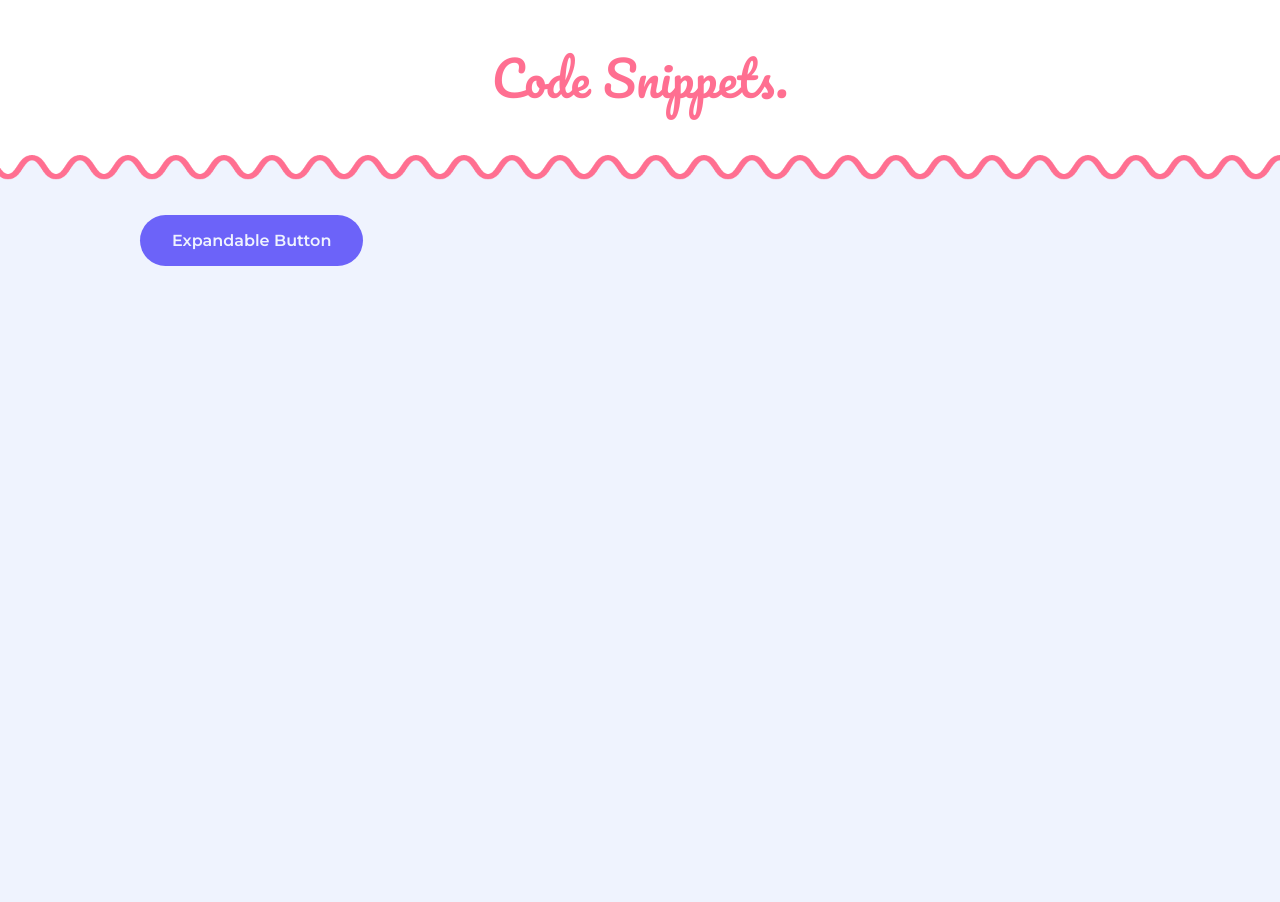
Repository: vikatgen/code-snippets
Page: index.html
An editor plug-in stored every save of this project. The page is shown before and after the next save, followed by the edit.
The browser window is 1280 px wide. The pictures show the whole page.
The style sheet was rebuilt from its Sass, Less or Tailwind sources for each picture, by a compiler version that may differ from the author's.

Above is the page before, as saved 2020-03-30 23:50:55.

After the next save:
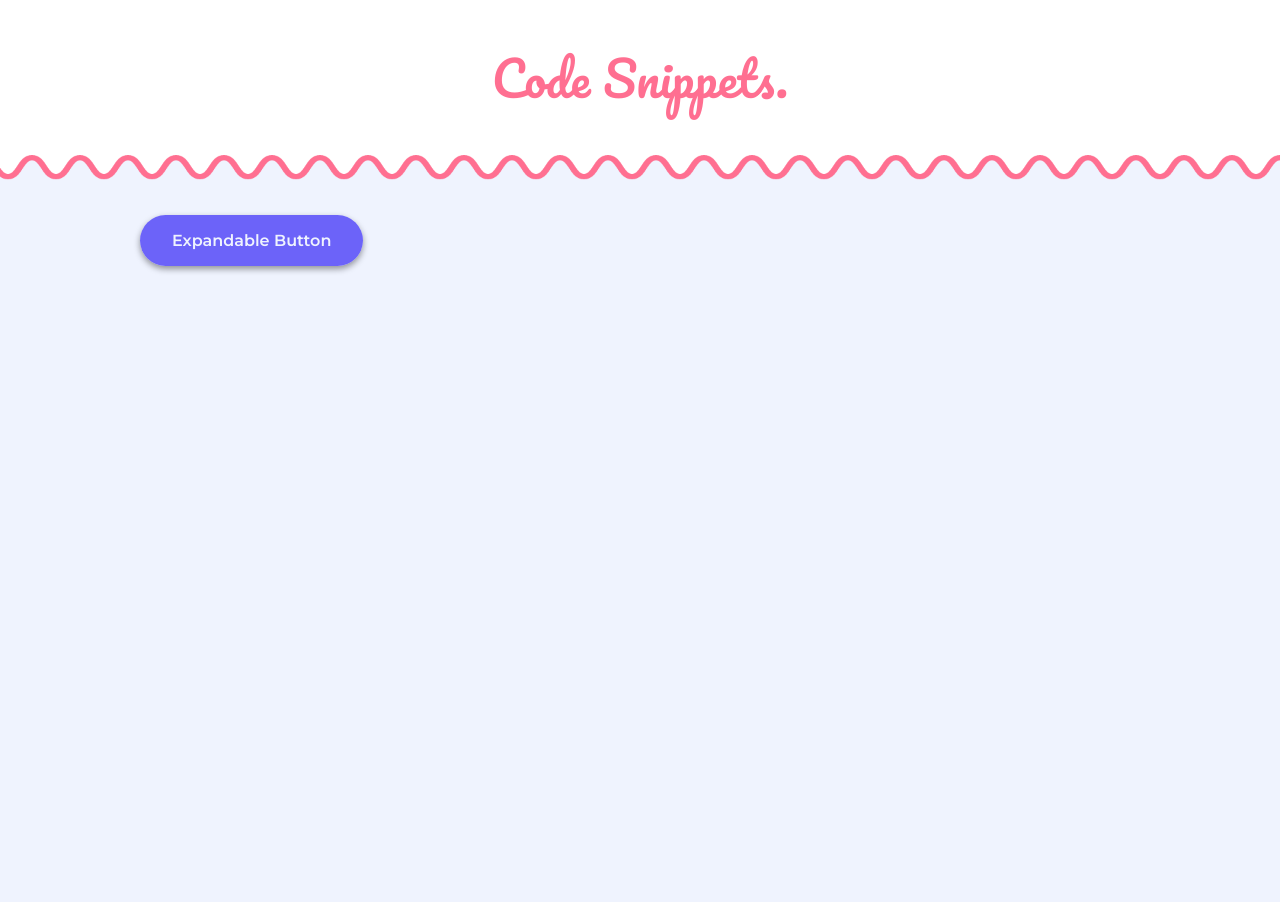
Saved 36 s later.
--- a/css/mainpage-styles.scss
+++ b/css/mainpage-styles.scss
@@ -21,6 +21,7 @@ $heading-color: #ff6f91;
     background: #6c63f9;
     padding: 16px 32px;
     border-radius: 50px;
+    box-shadow: 0 3px 6px rgba($color: black, $alpha: 0.4);
   }
 }
 
